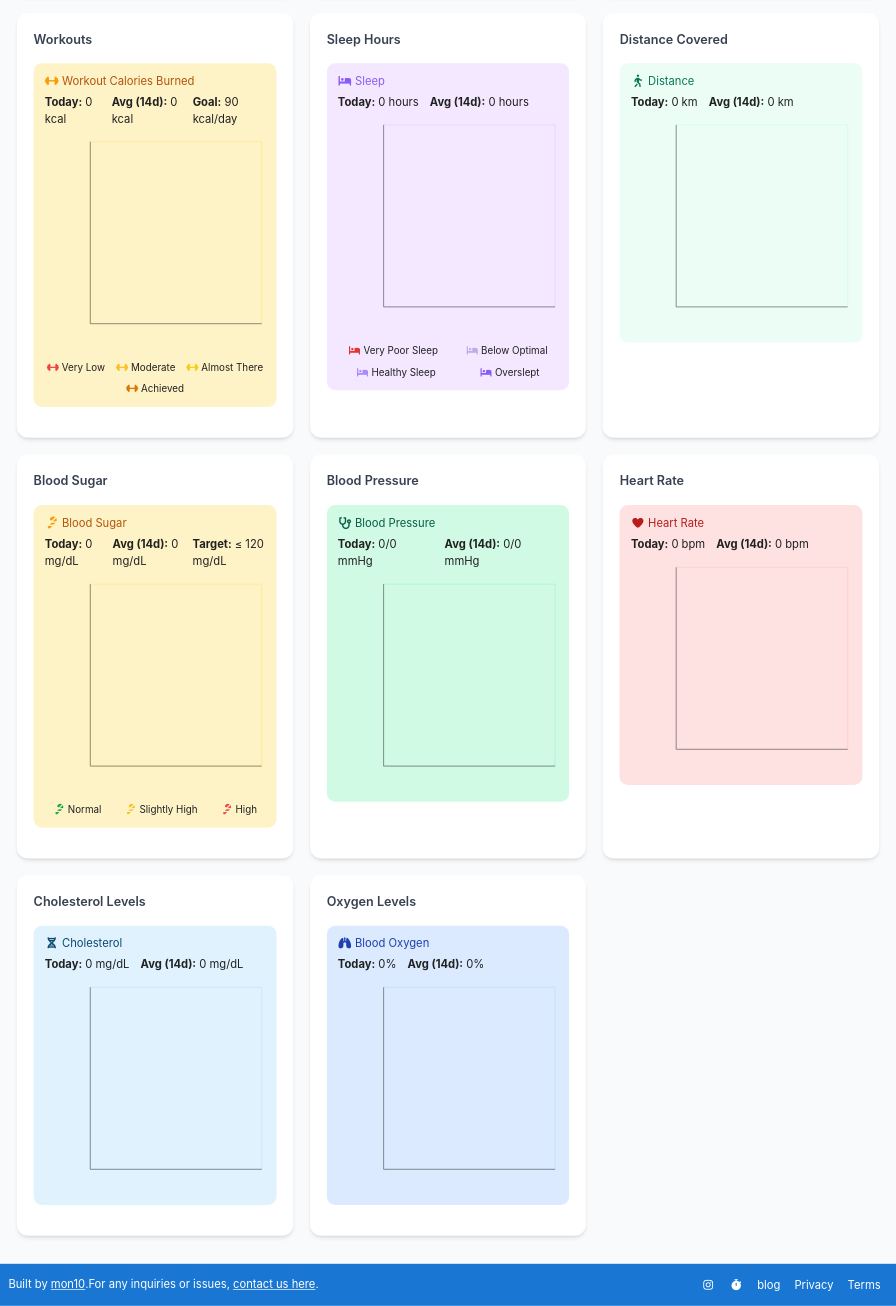
Repository: bhumikamourya/health-monitoring-application
Page: /dashboard (app in frontend/)
An editor plug-in stored every save of this project. The page is shown before and after the next save, followed by the edit.
The browser window is 1280 px wide. The pictures show the part of the page from y = 829 to 2749 px (the page is 2694 px tall before and 2749 px after), at 70% of full size.
The page's requests for data from a server got no answer. Some web libraries are served in a nearby version. The project was rebuilt for these pictures with package versions that can differ from the ones it lists, and the page was loaded fresh each time. No one was signed in, and anything a server would have sent is missing. Also part of the build but not shown: frontend/src/components/Home/particleBackground.js, frontend/src/components/Home/Component1.js, frontend/src/components/Home/Component2.js, frontend/src/components/Home/Component3.js, frontend/src/components/Home/Component4.js, frontend/src/components/Home/HomePage.js, frontend/src/components/Blog/Component1.js, frontend/src/components/Blog/Component2.js and 16 more.

Above is the page before, as saved 2025-10-14 19:26:01.

After the next save:
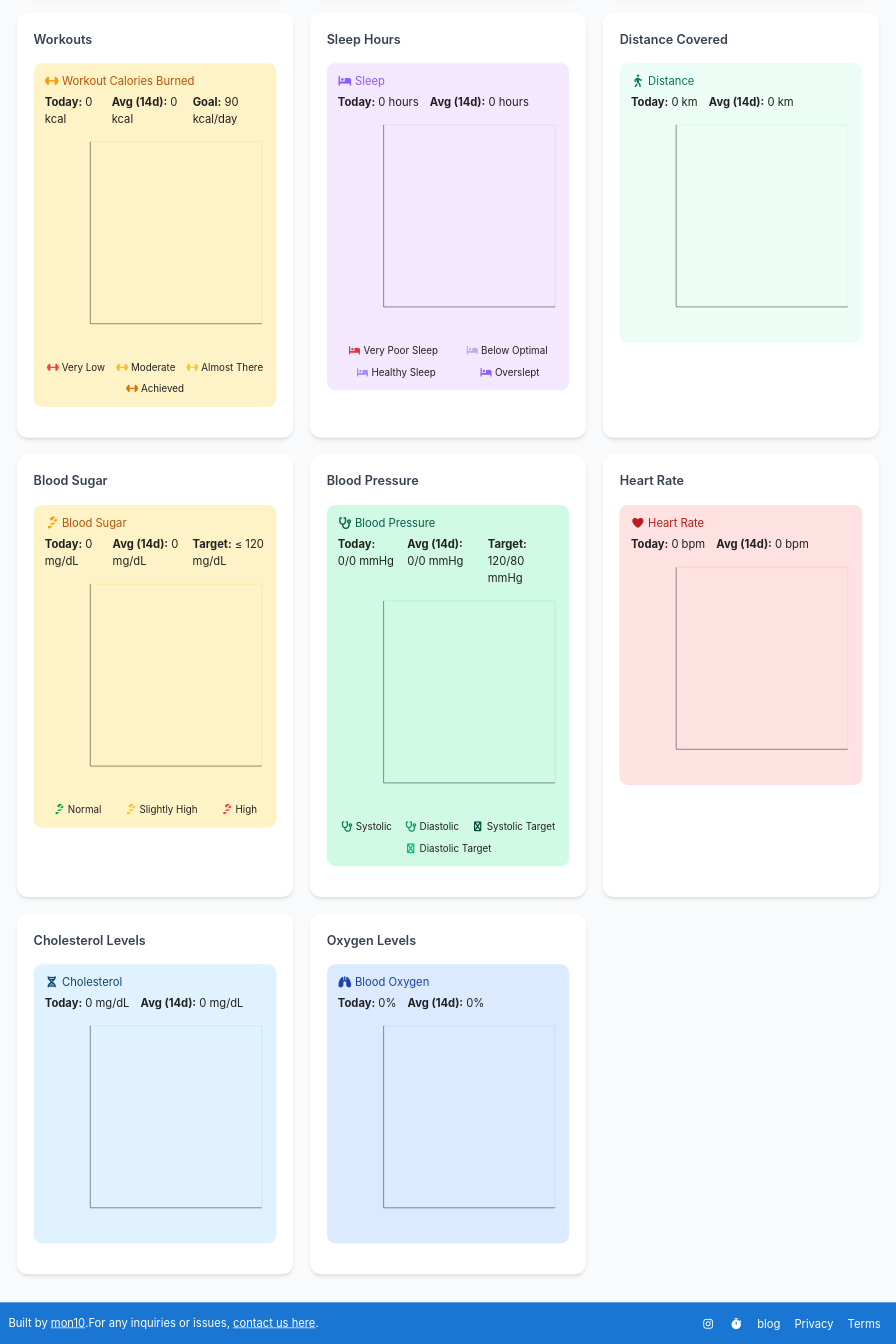
Saved 56 s later.
--- a/frontend/src/components/Charts/MedicalCharts.js
+++ b/frontend/src/components/Charts/MedicalCharts.js
@@ -90,20 +90,34 @@ function SugarChart({ days = 7, target = 120 }) {
 // Blood Pressure Chart
 function BPChart({ days = 7, systolicTarget = 120, diastolicTarget = 80 }) {
   const { data, todaySys, todayDia, avgSys, avgDia } = useBPChartData(days);
-  return (
-    <div style={{ maxWidth: 700, margin: "20px auto", background: "#d1fae5", borderRadius: 12, padding: 16 }}>
-      <h2 style={{ marginBottom: 8, color: "#065f46" }}><i class="fa-solid fa-stethoscope"></i> Blood Pressure </h2>
+
+  return (
+    <div
+      style={{
+        maxWidth: 700,
+        margin: "20px auto",
+        background: "#d1fae5",
+        borderRadius: 12,
+        padding: 16
+      }}
+    >
+      <h2 style={{ marginBottom: 8, color: "#065f46" }}>
+        <i className="fa-solid fa-stethoscope"></i> Blood Pressure
+      </h2>
+
       <div style={{ display: "flex", gap: 16, marginBottom: 16 }}>
         <div><b>Today:</b> {todaySys}/{todayDia} mmHg</div>
         <div><b>Avg ({days}d):</b> {avgSys}/{avgDia} mmHg</div>
-      </div>
+        <div><b>Target:</b> {systolicTarget}/{diastolicTarget} mmHg</div>
+      </div>
+
       <div style={{ width: "100%", height: 300 }}>
         <ResponsiveContainer>
           <BarChart data={data}>
             <CartesianGrid stroke="#a7f3d0" />
             <XAxis dataKey="date" />
             <YAxis allowDecimals={false} />
-            <Tooltip content={<CustomTooltip unit="mmmHg" />} />
+            <Tooltip content={<CustomTooltip unit="mmHg" />} />
             <Bar dataKey="systolic" fill="#047857" />
             <Bar dataKey="diastolic" fill="#059669" />
             {/* Reference Lines */}
@@ -112,9 +126,35 @@ function BPChart({ days = 7, systolicTarget = 120, diastolicTarget = 80 }) {
           </BarChart>
         </ResponsiveContainer>
       </div>
-    </div>
-  );
-}
+
+      {/* 👇 Color Legend Section */}
+      <div
+        style={{
+          marginTop: 16,
+          display: "flex",
+          justifyContent: "space-around",
+          flexWrap: "wrap",
+          gap: 10,
+          fontSize: 14
+        }}
+      >
+        <div>
+          <i style={{ color: "#047857" }} className="fa-solid fa-stethoscope"></i> Systolic
+        </div>
+        <div>
+          <i style={{ color: "#059669" }} className="fa-solid fa-stethoscope"></i> Diastolic
+        </div>
+        <div>
+          <i style={{ color: "#064e3b" }} className="fa-solid fa-line"></i> Systolic Target
+        </div>
+        <div>
+          <i style={{ color: "#10b981" }} className="fa-solid fa-line"></i> Diastolic Target
+        </div>
+      </div>
+    </div>
+  );
+}
+
 
 // Heart Rate Chart
 function HeartRateChart({ days = 7, target = 75 }) {
